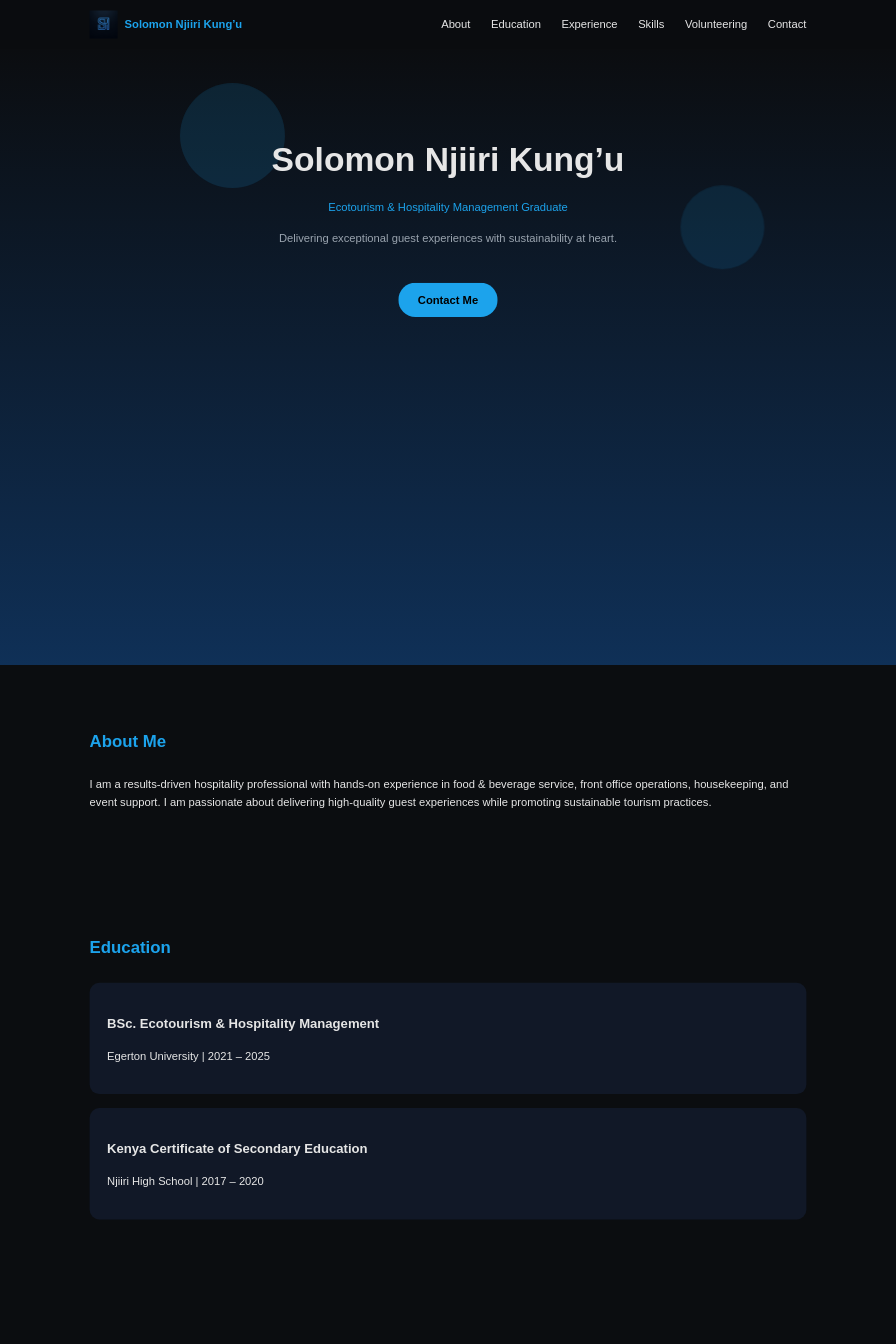
Repository: ladygit-comits/Solomon_Portfolio
Page: index.html
The author's editor kept a copy of each file at every save. The page is drawn from the files as they stood at one save, then again after the next save.
The browser window is 1280 px wide. The pictures show the part of the page from y = 0 to 1920 px (the page is 4438 px tall), at 70% of full size.

Above is the page before, as saved 2025-12-31 13:36:02.

After the next save:
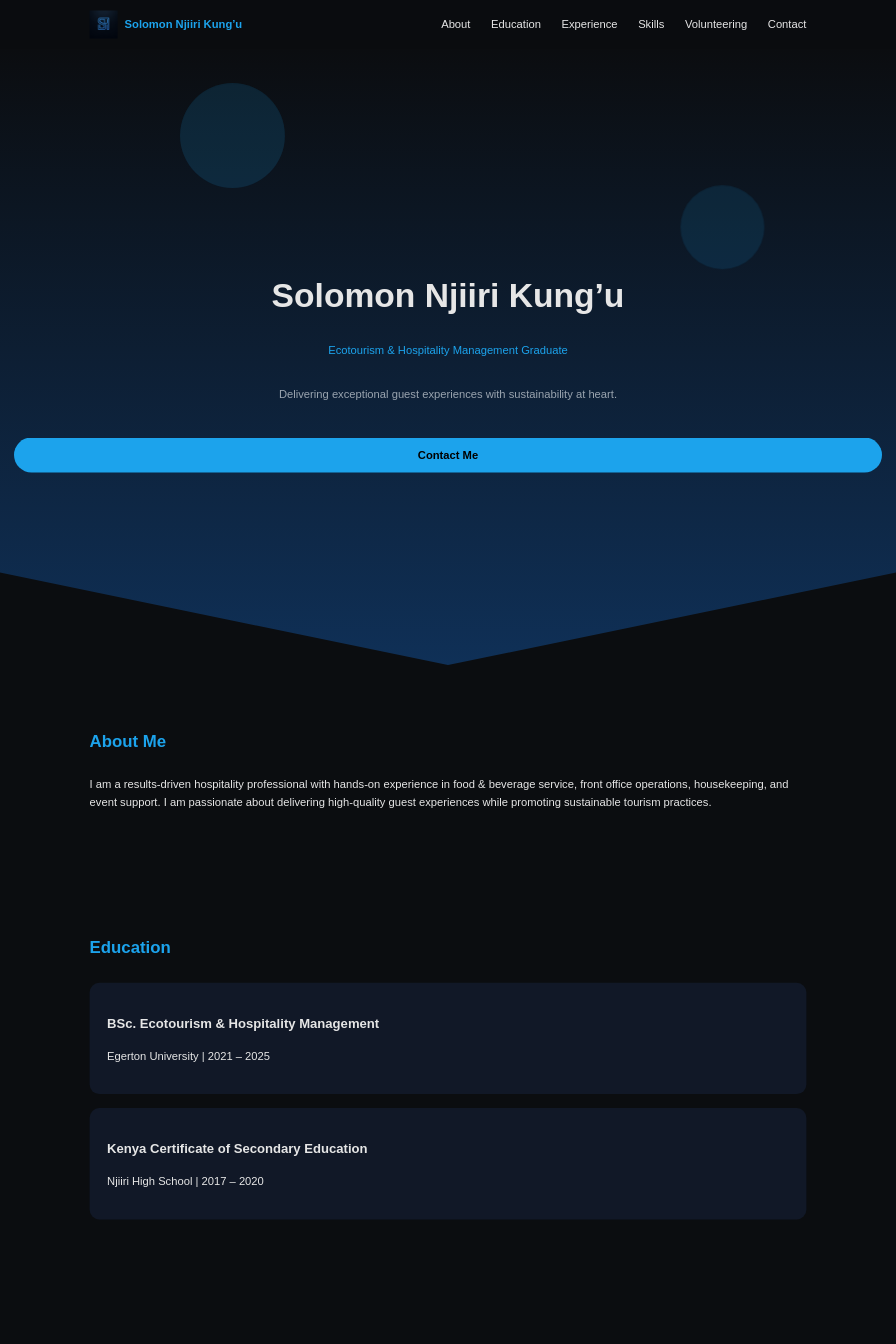
Saved 2 min 18 s later.
--- a/style.css
+++ b/style.css
@@ -20,7 +20,13 @@ body {
   text-align: center;
   background: linear-gradient(180deg, #0B0D10, #0F3057);
   position: relative;
-}
+  color: var(--text-light);
+  display: flex;
+  flex-direction: column;
+  justify-content: center;
+  clip-path: polygon(0 0, 100% 0, 100% 85%, 50% 100%, 0 85%);
+}
+
 
 .hero h1 {
   font-size: 3rem;
